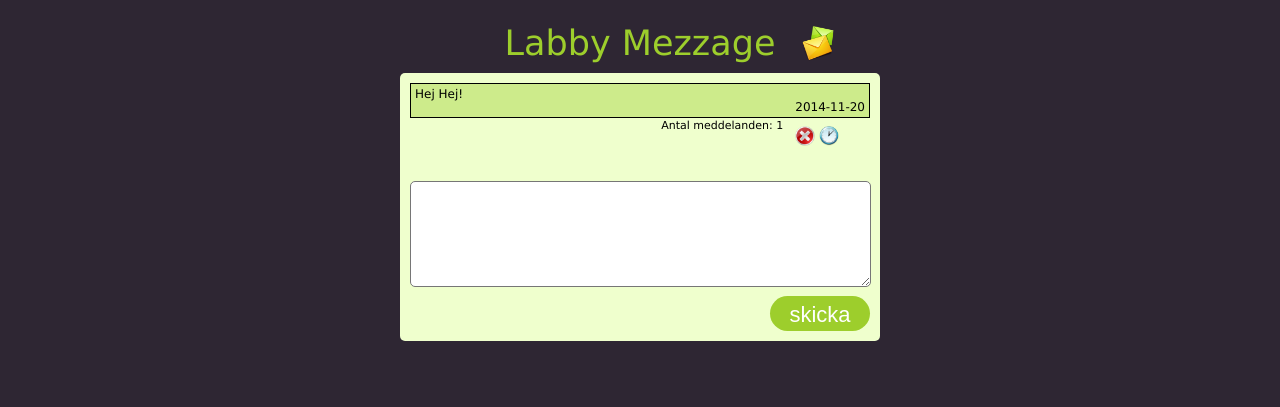
Repository: ad222kr/1dv403-laborationer
Page: 2-labbymezzage/index.html
The author's editor kept a record of every edit. The page is drawn from the files as they stood at one moment, then again after the next edit.
The browser window is 1280 px wide. The pictures show the whole page.

Above is the page before.

### 2-labbymezzage/index.html
<!DOCTYPE HTML>
<html lang="sv">
    <head>
        <meta charset="UTF-8" />
        <title>Laboration 2 - Labby Mezzage!</title>
        <link rel="stylesheet" href="css/style.css" />
        <script src="js/Message.js"></script>
        <script src="js/MessageBoard.js"></script>

    </head>

    <body>
        <div id ="container">
            <header><h1>Labby Mezzage</h1></header>
            <div id="content">
                <div id="messages">
                    <div class="message">
                        <div class="buttons">
                        <p class "timestamp">2014-11-20</p>
                        <a href="#"><img class="delete" src="img/Remove-icon.png"></a></img>
                        <a href="#"><img class="time" src="img/clock.png"></a></img>
                        </div>
                        <p class="msgtext">Hej Hej!</p>


                    </div>
                </div>

                <div id="numberofmess"><p>Antal meddelanden: 1</p></div>
                <form id="form">
                    <textarea id="textarea" name="textarea"></textarea>
                <button id="button" type="button">skicka</button>
                </form>
            </div>
        </div>
    </body>
</html>

### 2-labbymezzage/css/style.css
body{
    background-color: #2E2633; /* Ändra sen */
    font-family: Verdana, Helvetica;

}

h1{

    color:#9dce2c;
    font-size: 35px;
    font-weight: normal;
}
p{
    color: black;
}

header{
    background-image: url("pics/logo.png");
    background-size: 35px 35px;
    background-repeat: no-repeat;
    background-position: 90%;
    text-align: center;
    height: 40px;
    line-height: 40px;
    margin-bottom:10px;
}

#container{
    width: 480px;
    margin: 0px auto;
}

#content{
    background: #EFFFCD;
    border-color: #000000;
    padding: 10px;
    border-radius: 5px;
    -webkit-border-radius: 5px;
    -moz-border-radius: 5px;


}

#content textarea{
    width: 455px;
    height: 100px;
    -webkit-border-radius: 5px;
    -moz-border-radius: 5px;
    border-radius: 5px;
    margin-top:20px;
}

#button{
    border: 0px;
	background-color:#9dce2c;
	-webkit-border-top-left-radius:42px;
	-moz-border-radius-topleft:42px;
	border-top-left-radius:42px;
	-webkit-border-top-right-radius:42px;
	-moz-border-radius-topright:42px;
	border-top-right-radius:42px;
	-webkit-border-bottom-right-radius:42px;
	-moz-border-radius-bottomright:42px;
	border-bottom-right-radius:42px;
	-webkit-border-bottom-left-radius:42px;
	-moz-border-radius-bottomleft:42px;
	border-bottom-left-radius:42px;
	display:inline-block;
	color:#ffffff;
	font-size:22px;
	font-weight:normal;
	font-style:normal;
	height:35px;
	line-height:35px;
	width:100px;
	text-decoration:none;
	text-align:center;
	margin-left: 360px;
	margin-top: 5px;
}

#button:hover{
    background:-webkit-gradient( linear, left top, left bottom, color-stop(0.05, #8cb82b), color-stop(1, #9dce2c) );
	background:-moz-linear-gradient( center top, #8cb82b 5%, #9dce2c 100% );
	background-color:#8cb82b;
}

#button:active{
    position: relative;
    top: 1px;
}

#numberofmess{
    color: black;
    font-size: 11px;
    float: right;
    margin-bottom: -25px;
}

#messages{
    margin-bottom: -15px;
}

.message{

    margin-bottom: 5px;
    font-size: 12px;
    border: solid 1px;
    background: #cdeb8b;
    padding: 4px;
}

.delete{
    height: 20px;
    width: 20px;
}
.time{
    height: 20px;
    width: 20px;
}

.buttons{
    float: right;
    margin-left: 200px;
    margin: 0 0 1em 1em;

}

.msgtext{
    text-align: justify;
    margin-top:-1px;
    word-wrap: break-word;
    display: block;
    margin-right: auto;
    margin-left: auto;

}

### 2-labbymezzage/js/Message.js
"use strict";
function Message(message, date){


    this.getText = function(){
        return message;
    };
    this.setText = function(_text){
        message = _text;
    };
    this.getDate = function(){
        return date;
    };
    this.setDate = function(_date){
        date = _date;
    };
}

Message.prototype.getDateText = function(){
    // Hittade på http://stackoverflow.com/a/3067896
    var date = this.getDate();
    var hour = date.getHours().toString();
    var minute = date.getMinutes().toString();
    var seconds = date.getSeconds().toString();

    var dateText = hour + ":" + minute +":" + seconds;

    return dateText;

};
Message.prototype.toString = function(){
    return this.getText() +" (" + this.getDate() + " )";
};
Message.prototype.getHTMLtext = function(){
    var htmlText = this.getText();
    return htmlText.replace(/[\n\r]/g, "<br />");
};

### 2-labbymezzage/js/MessageBoard.js
"use strict";
var MessageBoard = {


    messages: [],

    init: function(){
        // Reference to button
        var button = document.getElementById("button");

        // Add eventhandlers
        button.addEventListener("click", MessageBoard.createMessage, false);
        button.addEventListener("click", MessageBoard.messageCount, false);

    },

    messageCount: function(){
        // Generates messagecounter
        var count = MessageBoard.messages.length;
        var div = document.getElementById("numberofmess");
        var text = document.createElement("p");

        div.innerHTML = "";
        text.innerHTML = "Antal meddelanden: " + count;
        div.appendChild(text);

    },

    createMessage: function(){
        // Creates messageobject from textareas value and date right now
        var input = document.getElementById("textarea").value;
        var mess = new Message(input, new Date());

        // Adds message to array and renders it
        MessageBoard.messages.push(mess);
        MessageBoard.renderMessage(MessageBoard.messages.length - 1);

        // Resets textarea
        document.getElementById("form").reset();
        return false;
    },

    renderMessage: function(messageID){
        // Reference to div that holds all messages
        var div = document.getElementById("messages");

        // Creating elements for message, text, time and delete/timestamp buttons
        var messageDiv = document.createElement("div");
        var buttonDiv = document.createElement("div");
        var text = document.createElement("p");
        var time = document.createElement("p");
        var aClose = document.createElement("a");
        var aTime = document.createElement("a");
        var imgClose = document.createElement("img");
        var imgTime = document.createElement("img");


        // Setting classnames and attributes
        buttonDiv.className = "buttons"
        messageDiv.className = "message";
        text.className = "msgtext";
        time.className = "timestamp";
        imgClose.className = "delete";
        imgTime.className = "time";
        aClose.setAttribute("href", "#");
        aTime.setAttribute("href", "#");
        imgClose.setAttribute("src", "img/Remove-icon.png");
        imgTime.setAttribute("src", "img/clock.png");


        // Pushing elements to DOM
        div.appendChild(messageDiv);
        aClose.appendChild(imgClose);
        aTime.appendChild(imgTime);
        buttonDiv.appendChild(time);
        buttonDiv.appendChild(aClose);
        buttonDiv.appendChild(aTime);
        messageDiv.appendChild(buttonDiv);
        messageDiv.appendChild(text);


        // Rendering the message and time
        text.innerHTML = MessageBoard.messages[messageID].getHTMLtext();
        time.innerHTML = MessageBoard.messages[messageID].getDateText();

        // Eventhandler for deleting a message on mouseclick
        imgClose.alt="Close";
        imgClose.onclick = function () {
            MessageBoard.deleteMessage(messageID);
            MessageBoard.messageCount();
        };
        imgTime.alt="Time";
        imgTime.onclick = function () {
            MessageBoard.showTimeStamp(messageID);
        };
    },

    renderMessages: function(){
        // Resets messages element and renders all messages
        document.getElementById("messages").innerHTML ="";

        for(var i = 0; i < MessageBoard.messages.length; i++){
            MessageBoard.renderMessage(i);
        }
    },

    deleteMessage: function(messageID){
        // Deletes one message, then renders all messag
        MessageBoard.messages.splice(messageID, 1);
        MessageBoard.renderMessages();
    },

    showTimeStamp: function(messageID){
        alert(MessageBoard.messages[messageID].toString());
    }
};

window.onload = MessageBoard.init;

After the next edit:
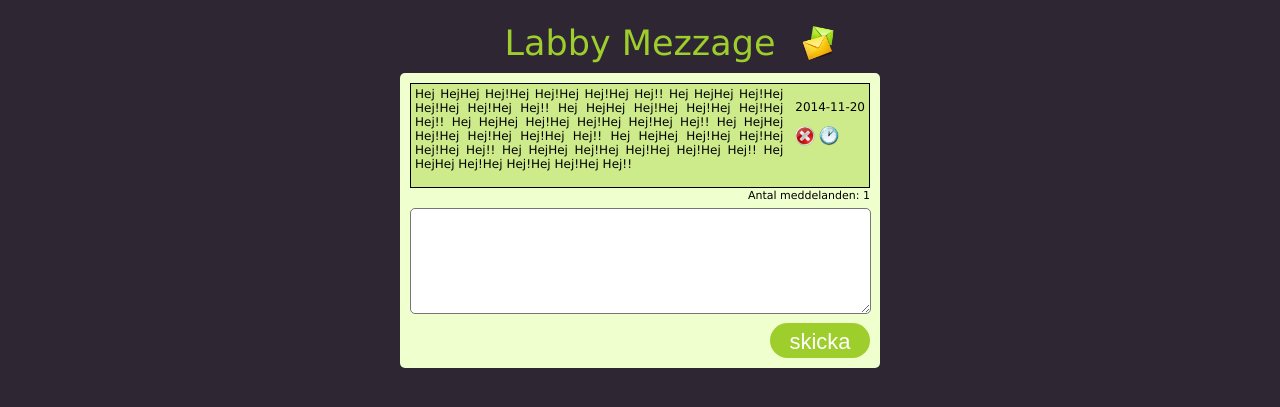
The edit:
--- a/2-labbymezzage/index.html
+++ b/2-labbymezzage/index.html
@@ -20,7 +20,15 @@
                         <a href="#"><img class="delete" src="img/Remove-icon.png"></a></img>
                         <a href="#"><img class="time" src="img/clock.png"></a></img>
                         </div>
-                        <p class="msgtext">Hej Hej!</p>
+                        <p class="msgtext">Hej HejHej Hej!Hej Hej!Hej Hej!Hej Hej!!
+                        Hej HejHej Hej!Hej Hej!Hej Hej!Hej Hej!!
+                        Hej HejHej Hej!Hej Hej!Hej Hej!Hej Hej!!
+                        Hej HejHej Hej!Hej Hej!Hej Hej!Hej Hej!!
+                        Hej HejHej Hej!Hej Hej!Hej Hej!Hej Hej!!
+                        Hej HejHej Hej!Hej Hej!Hej Hej!Hej Hej!!
+                        Hej HejHej Hej!Hej Hej!Hej Hej!Hej Hej!!
+                        Hej HejHej Hej!Hej Hej!Hej Hej!Hej Hej!!
+                        </p>
 
 
                     </div>
